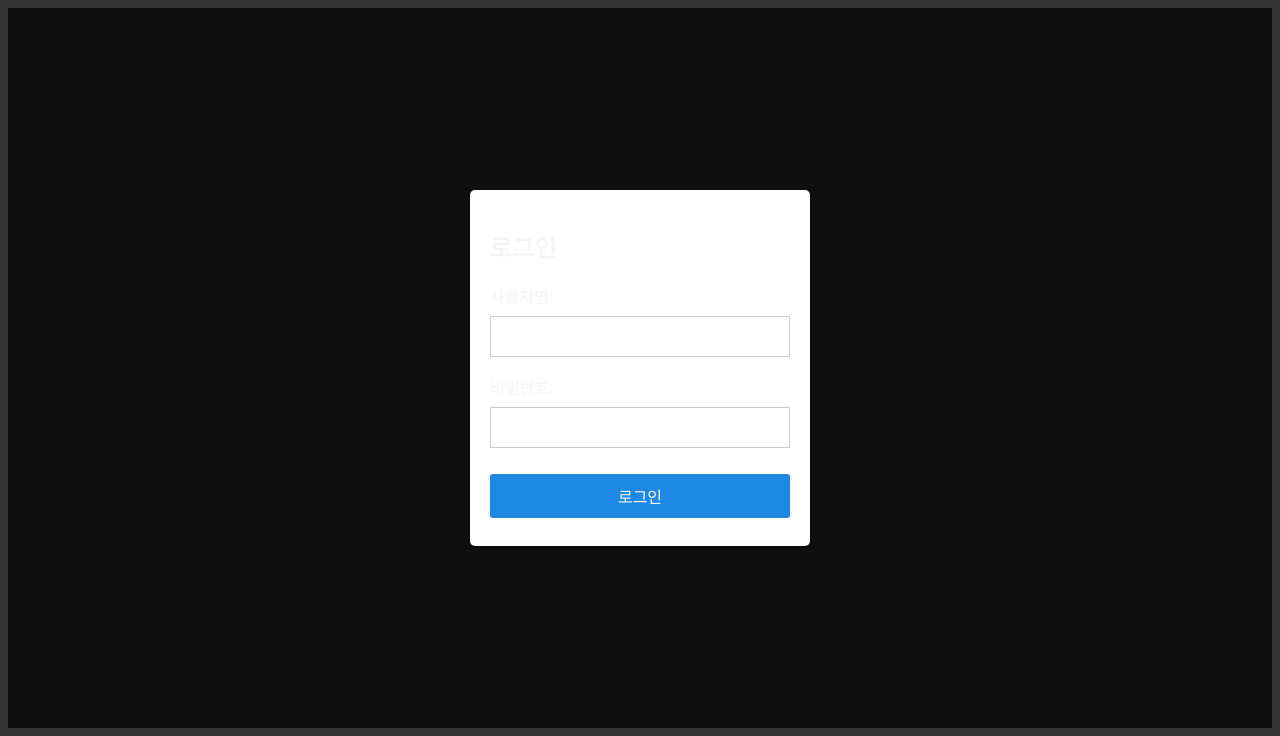
Repository: NewTurn2017/MyChome
Page: index.html
An editor plug-in stored every save of this project. The page is shown before and after the next save, followed by the edit.
The browser window is 1280 px wide. The pictures show the whole page.
The page's requests for data from a server got no answer.

Above is the page before, as saved 2023-04-18 01:35:19.

### index.html
<!DOCTYPE html>
<html lang="ko-KR">
  <head>
    <meta charset="UTF-8" />
    <title>나만의 홈페이지</title>
    <link rel="stylesheet" href="style.css" />
  </head>

  <body>
    <div id="mainContent" style="display: none">
      <div id="content">
        <div id="clock"></div>
        <div id="quote"></div>
        <div id="weather"></div>

        <div id="todo">
          <form id="todoForm">
            <input
              type="text"
              id="todoInput"
              placeholder="할 일을 입력하세요"
            />
            <button type="submit" id="addBtn">추가</button>
          </form>
          <ul id="todoList"></ul>
          <button id="saveBtn">저장</button>
          <button id="loadBtn">불러오기</button>
        </div>
      </div>
    </div>

    <div id="loginContainer">
      <div id="loginFormContainer">
        <h2>로그인</h2>
        <form id="loginForm">
          <div class="inputContainer">
            <label for="username">사용자명:</label>
            <input type="text" id="username" />
          </div>
          <div class="inputContainer">
            <label for="password">비밀번호:</label>
            <input type="password" id="password" />
          </div>
          <button type="submit" id="loginBtn">로그인</button>
        </form>
      </div>
    </div>

    <script src="database.js"></script>
    <script src="weather.js"></script>
    <script src="clock.js"></script>
    <script src="quote.js"></script>
    <script src="todo.js"></script>
    <script src="main.js"></script>
  </body>
</html>

### style.css
body {
  background-color: #333; /* 어두운 배경 색상 */
  color: #f5f5f5; /* 글자 색상을 흰색 톤으로 변경 */
  font-family: Arial, sans-serif; /* 기본 폰트 */
}

.modal {
  display: none;
  position: fixed;
  z-index: 1;
  left: 0;
  top: 0;
  width: 100%;
  height: 100%;
  background-color: rgba(0, 0, 0, 0.6);
}

.modal-content {
  background-color: white;
  margin: 15% auto;
  padding: 20px;
  border: 1px solid #888;
  width: 50%;
  max-width: 350px;
  text-align: center;
}

.close {
  color: #aaa;
  float: right;
  font-size: 28px;
  font-weight: bold;
}

.close:hover,
.close:focus {
  color: black;
  text-decoration: none;
  cursor: pointer;
}

/* 기존 스타일들 */

/* 로그인 컨테이너 스타일 */
#loginContainer {
  display: flex;
  justify-content: center;
  align-items: center;
  height: 100vh;
  background-color: rgba(0, 0, 0, 0.7);
}

#loginFormContainer {
  background-color: #fff;
  width: 300px;
  padding: 20px;
  border-radius: 5px;
  box-shadow: 0 4px 6px rgba(0, 0, 0, 0.1), 0 1px 3px rgba(0, 0, 0, 0.08);
}

h2 {
  margin-bottom: 20px;
}

.inputContainer {
  display: flex;
  flex-direction: column;
  margin-bottom: 10px;
}

input[type='text'],
input[type='password'] {
  width: 100%;
  padding: 12px 20px;
  margin: 8px 0;
  display: inline-block;
  border: 1px solid #ccc;
  box-sizing: border-box;
}

button[type='submit'] {
  background-color: #4caf50;
  color: white;
  padding: 14px 20px;
  margin: 8px 0;
  width: 100%;
  border: none;
  cursor: pointer;
}
button#loginBtn {
  width: 100%;
  padding: 10px;
  font-size: 16px;
  background-color: #1e88e5;
  color: #fff;
  border: none;
  border-radius: 3px;
  cursor: pointer;
}

#loginBtn:hover {
  opacity: 0.8;
}
/* 기존 스타일들은 그대로 유지하고, 아래 스타일을 추가하세요. */

#content {
  display: flex;
  flex-wrap: wrap;
  height: 100vh;
  justify-content: space-between;
  align-items: center;
}

#todo {
  flex-basis: calc(100% / 3);
  order: 1;
  padding: 20px;
}

#clock {
  flex-basis: calc(100% / 3);
  order: 2;
  font-size: 6em;
  display: flex;
  justify-content: center;
  align-items: center;
  font-weight: bold;
  color: #d4af37; /* 금색 */
  text-shadow: 1px 1px 3px rgba(0, 0, 0, 0.7);
  background-image: linear-gradient(
    120deg,
    rgba(255, 255, 255, 0.1) 25%,
    rgba(255, 255, 255, 0.05) 50%,
    rgba(255, 255, 255, 0.1) 75%
  );
  background-size: 200% 200%;
  animation: shine 2s linear infinite;
}

@keyframes shine {
  to {
    background-position: 200% 200%;
  }
}

#weather {
  flex-basis: calc(100% / 5);
  order: 3;
  padding: 20px;
  text-align: right;
}

#quote {
  flex-basis: 100%;
  order: 4;
  padding: 30px;
  font-size: 1.5em;
  display: flex;
  justify-content: center;
  align-items: flex-end;
  height: calc(100% / 10);
  font-style: italic; /* 이태리체 */
  text-shadow: 2px 2px 4px rgba(0, 0, 0, 0.7);
  transform: translateY(-5px);
  transition: transform 0.3s;
}

#quote:hover {
  transform: translateY(-8px);
}

### database.js
const users = [
  {
    username: 'admin',
    password: '1234',
  },
]

function validateUser(username, password) {
  const user = users.find(
    (user) => user.username === username && user.password === password
  )

  return user ? true : false
}

### weather.js
const apiKey = '826d7a44b198cf8c95e55967b086ae22' // 발급 받은 API 키를 입력하세요.

async function getWeather(city) {
  const response = await fetch(
    `https://api.openweathermap.org/data/2.5/weather?q=${city}&appid=${apiKey}&units=metric`
  )

  if (response.status === 200) {
    const data = await response.json()
    console.log(data)
    return data
  } else {
    throw new Error('날씨 정보를 불러오는데 실패했습니다.')
  }
}

const weatherDiv = document.getElementById('weather')

async function displayWeather() {
  try {
    const city = 'busan' // 원하는 도시 이름을 입력하세요.
    const weatherData = await getWeather(city)
    console.log(weatherData)
    const weatherDescription = weatherData.weather[0].description
    const temperature = weatherData.main.temp
    const feelsLike = weatherData.main.feels_like
    const weatherIconCode = weatherData.weather[0].icon

    weatherDiv.innerHTML = `
      <h2>부산</h2>
      <h3>날씨: ${weatherDescription}</h3>
      <p>온도: ${temperature}°C</p>
      <p>체감 온도: ${feelsLike}°C</p>
      <img src="https://openweathermap.org/img/wn/${weatherIconCode}@2x.png" alt="${weather}">
    `
  } catch (error) {
    weatherDiv.innerHTML = `<p>${error.message}</p>`
  }
}

displayWeather()

### clock.js
// 시계 출력 함수
function showClock() {
  const now = new Date() // 현재 시간을 가져옴
  const hour = now.getHours() // 시간을 가져옴
  const minute = now.getMinutes() // 분을 가져옴
  const second = now.getSeconds() // 초를 가져옴

  const clock = document.getElementById('clock')
  clock.textContent = `${hour < 10 ? '0' + hour : hour}:${
    minute < 10 ? '0' + minute : minute
  }:${second < 10 ? '0' + second : second}`

  // 1초마다 showClock 함수를 호출하여 시간을 업데이트 함
  setTimeout(showClock, 1000)
}

// showClock 함수를 최초로 호출하여 화면에 시계를 표시함
showClock()

### quote.js
const apiKey2 = 'DZgTWSk7G8zffkGfHBZ9nA==LBa1KGthmH6oC8lA' // Replace with your actual API key

const categories = [
  'age',
  'alone',
  'amazing',
  'anger',
  'architecture',
  'art',
  'attitude',
  'beauty',
  'best',
  'birthday',
  'business',
  'car',
  'change',
  'communications',
  'computers',
  'cool',
  'courage',
  'dad',
  'dating',
  'death',
  'design',
  'dreams',
  'education',
  'environmental',
  'equality',
  'experience',
  'failure',
  'faith',
  'family',
  'famous',
  'fear',
  'fitness',
  'food',
  'forgiveness',
  'freedom',
  'friendship',
  'funny',
  'future',
  'god',
  'good',
  'government',
  'graduation',
  'great',
  'happiness',
  'health',
  'history',
  'home',
  'hope',
  'humor',
  'imagination',
  'inspirational',
  'intelligence',
  'jealousy',
  'knowledge',
  'leadership',
  'learning',
  'legal',
  'life',
  'love',
  'marriage',
  'medical',
  'men',
  'mom',
  'money',
  'morning',
  'movies',
  'success',
]

function getRandomCategory() {
  return categories[Math.floor(Math.random() * categories.length)]
}

function fetchQuote() {
  const category = getRandomCategory()
  const url = `https://api.api-ninjas.com/v1/quotes?category=${category}`

  fetch(url, {
    method: 'GET',
    headers: {
      'X-Api-Key': apiKey2,
      'Content-Type': 'application/json',
    },
  })
    .then((response) => {
      if (response.ok) {
        return response.json()
      } else {
        throw new Error('Network response was not ok')
      }
    })
    .then((result) => {
      displayQuote(result[0])
    })
    .catch((error) => {
      console.error('Error: ', error)
    })
}

function displayQuote(quoteObj) {
  const quote = quoteObj.quote
  const author = quoteObj.author

  const quoteElement = document.getElementById('quote')
  quoteElement.innerHTML = `<p>${quote}</p><p><em>- ${author}</em></p>`
}

// Fetch a new quote
fetchQuote()

### todo.js
// Todo List 출력 함수
function showTodoList() {
  const todoList = JSON.parse(localStorage.getItem('todoList')) || [] // 로컬 스토리지에서 Todo List를 가져옴

  const todoListElem = document.getElementById('todoList')
  todoListElem.innerHTML = ''

  todoList.forEach((todo, index) => {
    const li = document.createElement('li')
    li.innerHTML = `
        <input type="text" value="${todo}" data-index="${index}">
        <button class="deleteBtn" data-index="${index}">삭제</button>
      `
    todoListElem.appendChild(li)
  })

  // 삭제 버튼 클릭 이벤트 핸들러 등록
  const deleteBtns = document.querySelectorAll('.deleteBtn')
  deleteBtns.forEach((btn) => {
    btn.onclick = function () {
      const index = this.dataset.index
      todoList.splice(index, 1)
      localStorage.setItem('todoList', JSON.stringify(todoList)) // 로컬 스토리지에 Todo List를 저장함
      showTodoList()
    }
  })
}

// Todo List 추가 함수
function addTodoList() {
  const todoInput = document.getElementById('todoInput')
  const todoList = JSON.parse(localStorage.getItem('todoList')) || [] // 로컬 스토리지에서 Todo List를 가져옴
  todoList.push(todoInput.value) // 새로운 할 일을 추가함
  localStorage.setItem('todoList', JSON.stringify(todoList)) // 로컬 스토리지에 Todo List를 저장함
  todoInput.value = '' // 입력 필드를 초기화함
  showTodoList()
}

// Todo List 수정 함수
function modifyTodoList(index, value) {
  const oldTodoList = JSON.parse(localStorage.getItem('todoList')) || [] // 로컬 스토리지에서 Todo List를 가져옴
  oldTodoList[index] = value // 할 일을 수정함
  localStorage.setItem('todoList', JSON.stringify(oldTodoList)) // 로컬 스토리지에 Todo List를 저장함
  showTodoList()
}

// Todo List 저장 함수
function saveTodoList() {
  const todoList = JSON.parse(localStorage.getItem('todoList')) || [] // 로컬 스토리지에서 Todo List를 가져옴
  const filename = 'todolist.json'
  const blob = new Blob([JSON.stringify(todoList)], {
    type: 'application/json',
  })
  const url = URL.createObjectURL(blob)
  const a = document.createElement('a')
  a.href = url
  a.download = filename
  a.click()
}
// Todo List 불러오기 함수
async function loadTodoList() {
  const input = document.createElement('input')
  input.type = 'file'
  input.accept = 'application/json'
  input.onchange = async function () {
    const file = input.files[0]
    const reader = new FileReader()
    reader.readAsText(file)
    reader.onloadend = async function () {
      if (reader.result) {
        const newTodoList = JSON.parse(reader.result)
        localStorage.setItem('todoList', JSON.stringify(newTodoList)) // 로컬 스토리지에 Todo List를 저장함
        showTodoList()
      }
    }
  }
  input.click()
}

// Todo List Form submit 이벤트 핸들러 등록
const todoForm = document.getElementById('todoForm')
todoForm.onsubmit = function (event) {
  event.preventDefault() // 기본 동작을 막음
  addTodoList()
}

// 저장 버튼 click 이벤트 핸들러 등록
const saveBtn = document.getElementById('saveBtn')
saveBtn.onclick = function () {
  saveTodoList()
}

// 불러오기 버튼 click 이벤트 핸들러 등록
const loadBtn = document.getElementById('loadBtn')
loadBtn.onclick = async function () {
  await loadTodoList()
}

// showTodoList 함수를 최초로 호출하여 화면에 Todo List를 표시함
showTodoList()

### main.js
// 로그인 폼 전송
const loginForm = document.getElementById('loginForm')
const loginContainer = document.getElementById('loginContainer')

loginForm.addEventListener('submit', function (event) {
  event.preventDefault() // 폼 기본 동작 중단

  // 입력된 아이디와 비밀번호 가져오기
  const username = loginForm.username.value
  const password = loginForm.password.value

  // 아이디와 비밀번호 검증
  if (validateUser(username, password)) {
    alert('로그인되었습니다.')
    // 로그인 성공 시 mainContent div를 표시함
    document.getElementById('mainContent').style.display = 'block'
    // 로그인 성공 시 loginContainer를 숨김
    loginContainer.style.display = 'none'

    // 로그인 상태를 localStorage에 저장
    localStorage.setItem('isLoggedIn', true)
  } else {
    alert('아이디 또는 비밀번호가 올바르지 않습니다.')
  }
})

// 페이지 로드 시 로그인 상태 확인
document.addEventListener('DOMContentLoaded', function () {
  const isLoggedIn = localStorage.getItem('isLoggedIn')

  if (isLoggedIn === 'true') {
    // 로그인된 상태이면 mainContent를 표시하고 loginContainer를 숨김
    document.getElementById('mainContent').style.display = 'block'
    loginContainer.style.display = 'none'
  } else {
    // 로그인되지 않은 상태이면 mainContent를 숨기고 loginContainer를 표시
    document.getElementById('mainContent').style.display = 'none'
    loginContainer.style.display = 'flex'
  }
})

After the next save:
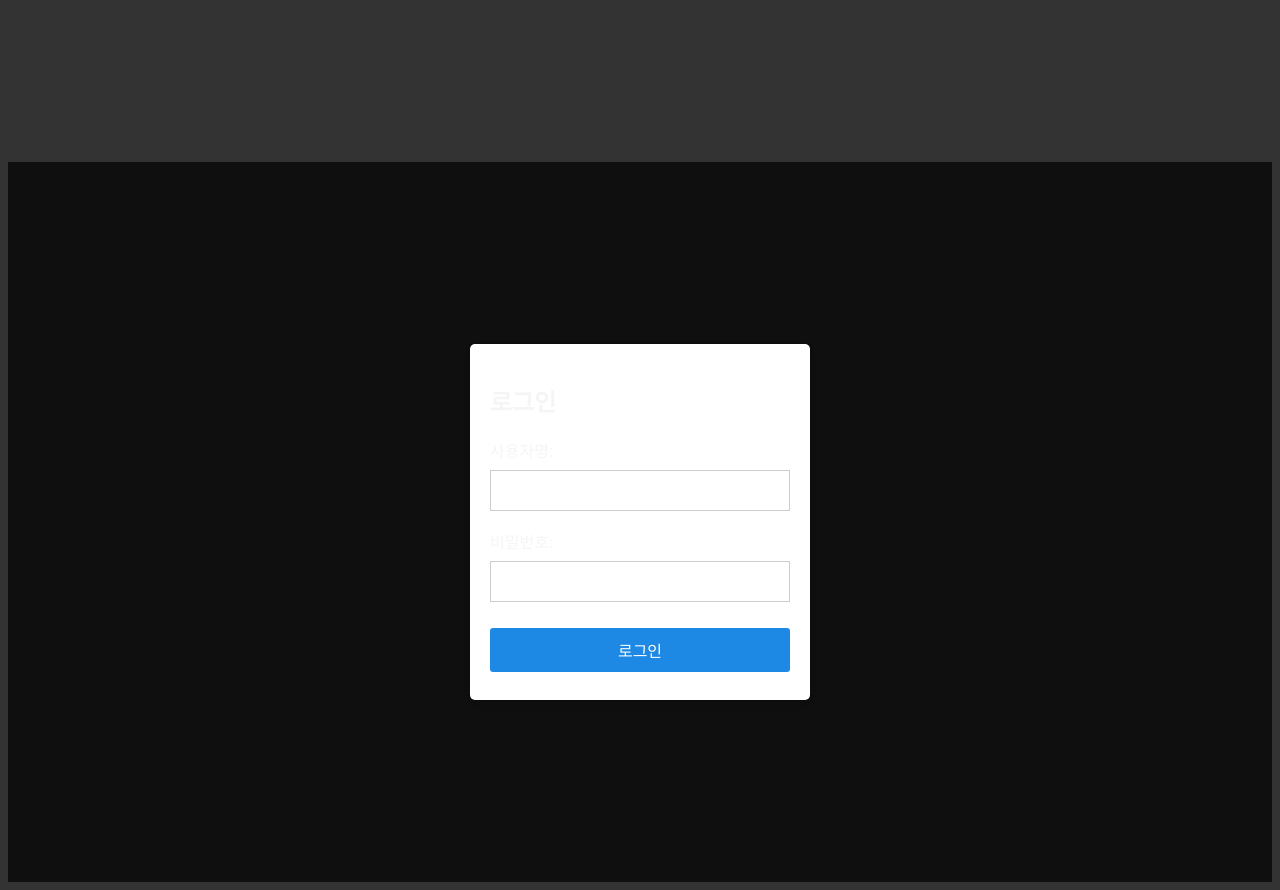
Saved 64 s later.
--- a/index.html
+++ b/index.html
@@ -7,6 +7,8 @@
   </head>
 
   <body>
+    <canvas id="particles"></canvas>
+
     <div id="mainContent" style="display: none">
       <div id="content">
         <div id="clock"></div>
